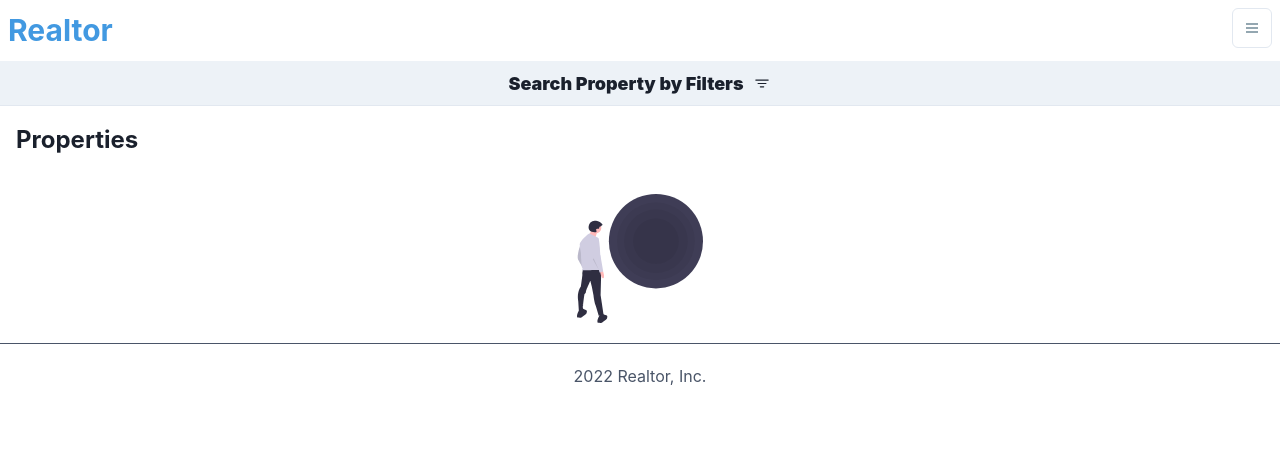
Repository: programmingwithlevi/realtor
Page: /search
These files come from the project's save history. The page is drawn as it stood at one moment and after the next save; the edit follows.
The browser window is 1280 px wide. The pictures show the whole page.
The project was rebuilt for these pictures with package versions that can differ from the ones it lists, and the page was loaded fresh each time. The framework's server and built-in components were replaced by stand-ins that run in the browser. Also part of the build but not shown: next.config.js, components/SearchFilters.jsx, components/Property.jsx.

Above is the page before, as saved 2022-11-30 14:14:02.

After the next save:
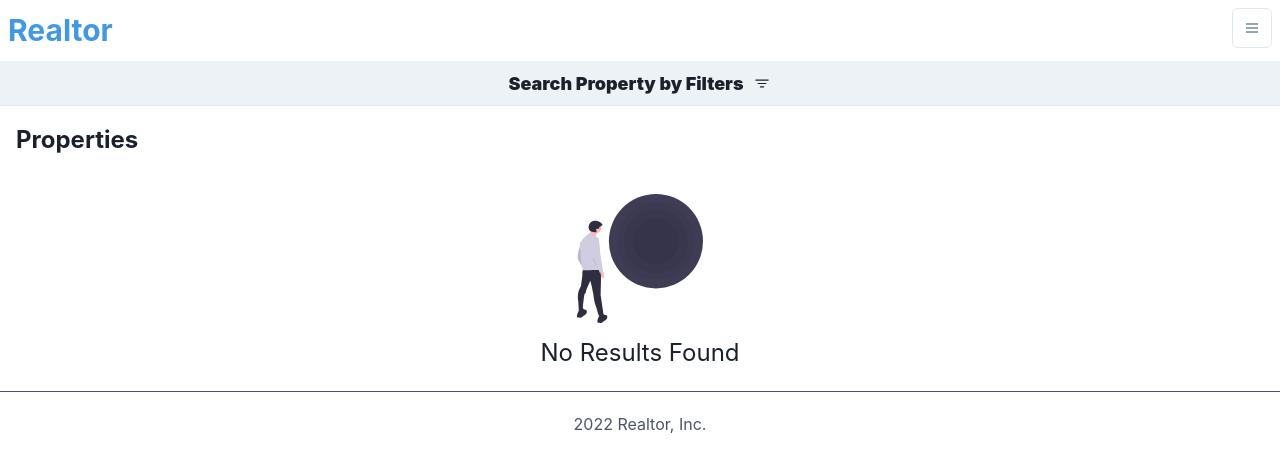
Saved 4 min 3 s later.
--- a/pages/search.js
+++ b/pages/search.js
@@ -38,6 +38,7 @@ const Search = () => {
       {[].length === 0 && (
         <Flex justifyContent="center" alignItems="center" flexDirection="column" marginTop="5" marginBottom="5">
             <Image alt="no result" src={noresult} />
+            <Text fontSize='2xl' marginTop='3'>No Results Found</Text>
         </Flex>
      )}
     </Box>
